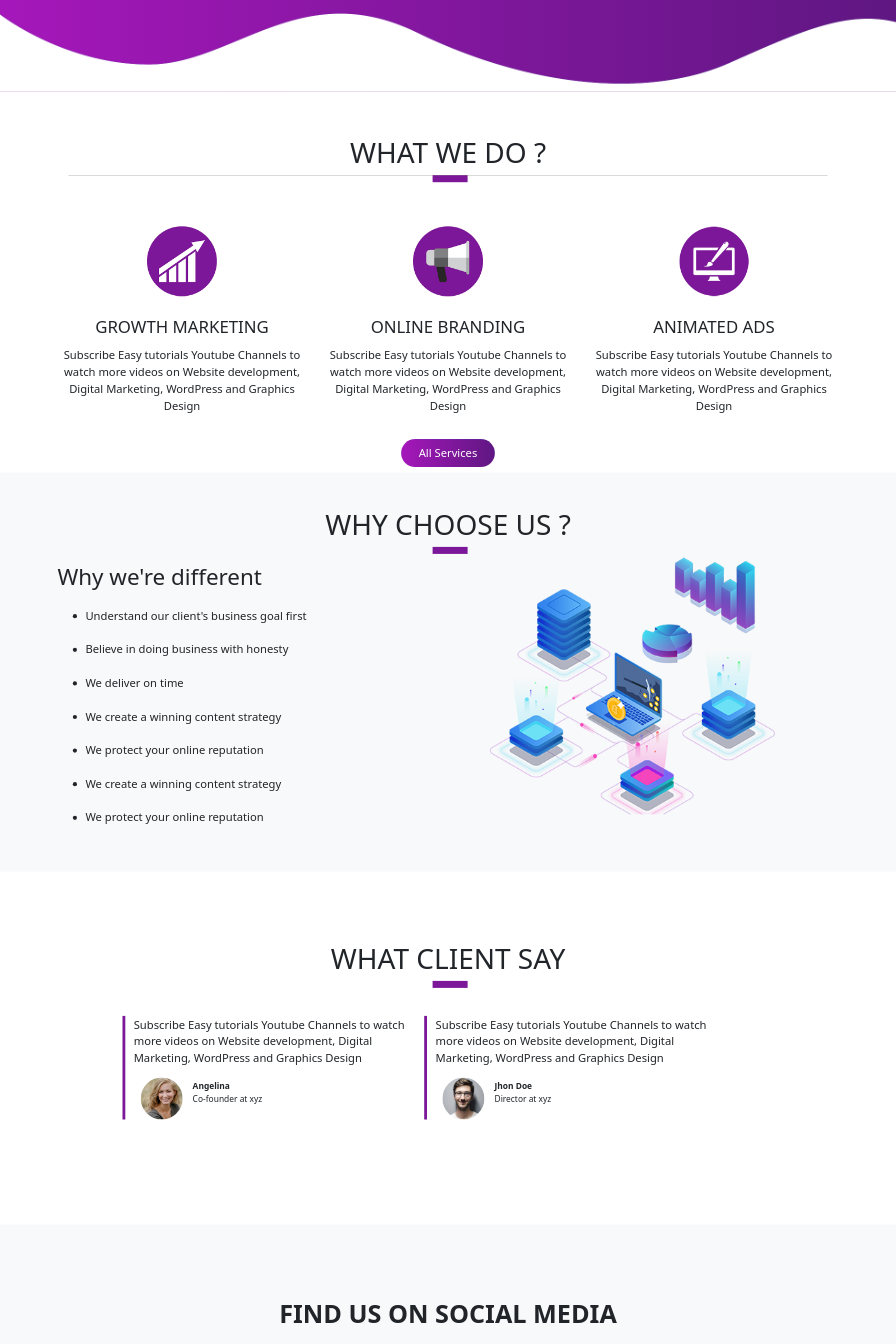
Repository: wadelfadill/Bootstrap_tache_2_website_design
Page: index.html
The author's editor kept a copy of each file at every save. The page is drawn from the files as they stood at one save, then again after the next save.
The browser window is 1280 px wide. The pictures show the part of the page from y = 586 to 2506 px (the page is 3084 px tall before and 3067 px after), at 70% of full size.
Some web libraries are served in a nearby version.

Above is the page before, as saved 2023-04-06 16:26:11.

After the next save:
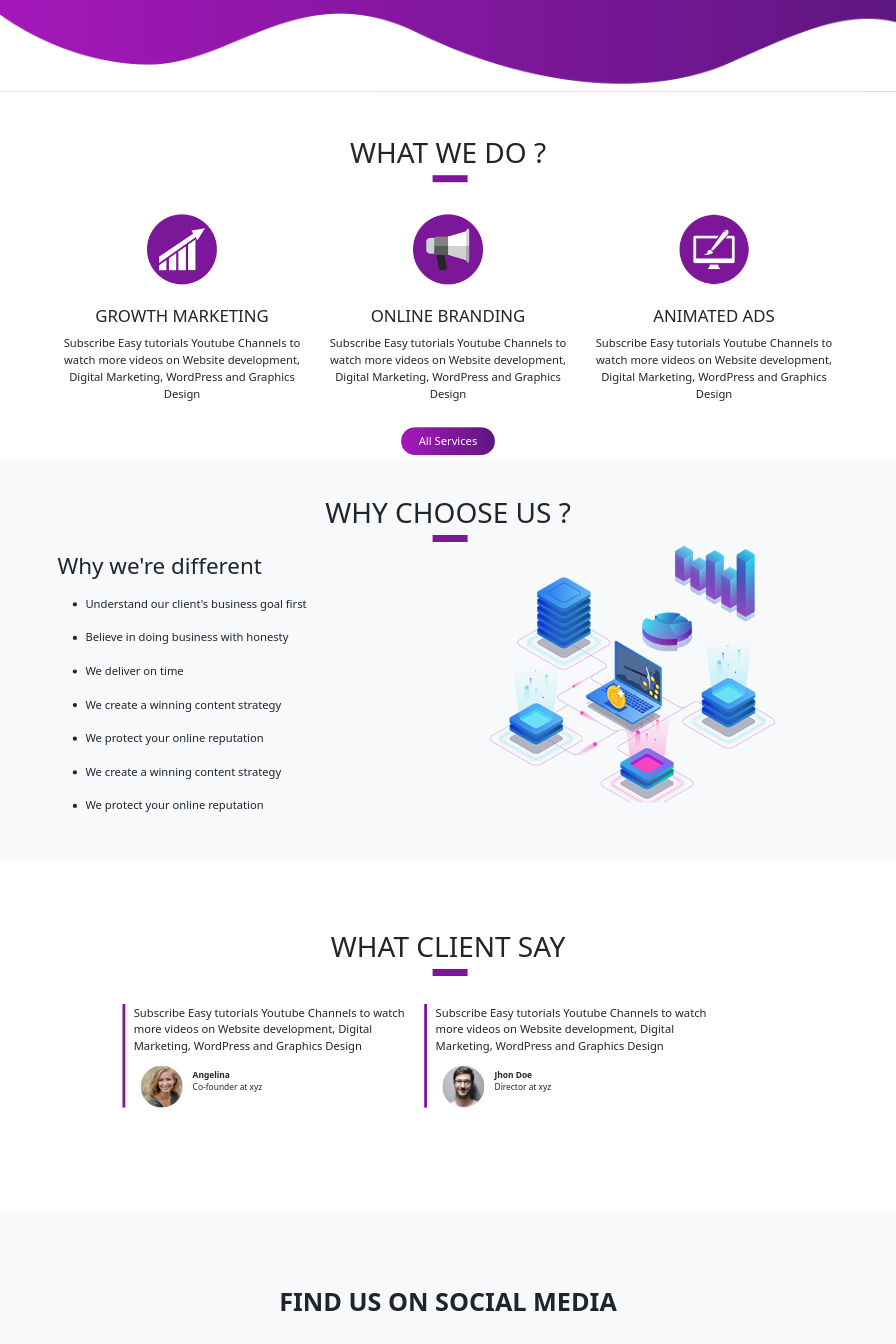
Saved 42 s later.
--- a/style.css
+++ b/style.css
@@ -46,7 +46,7 @@
 
 } */
 .title-hr{
-   appearance: none;
+   display: none;
 }
 .title::after{
     position: absolute;

After the 3 saves that followed:
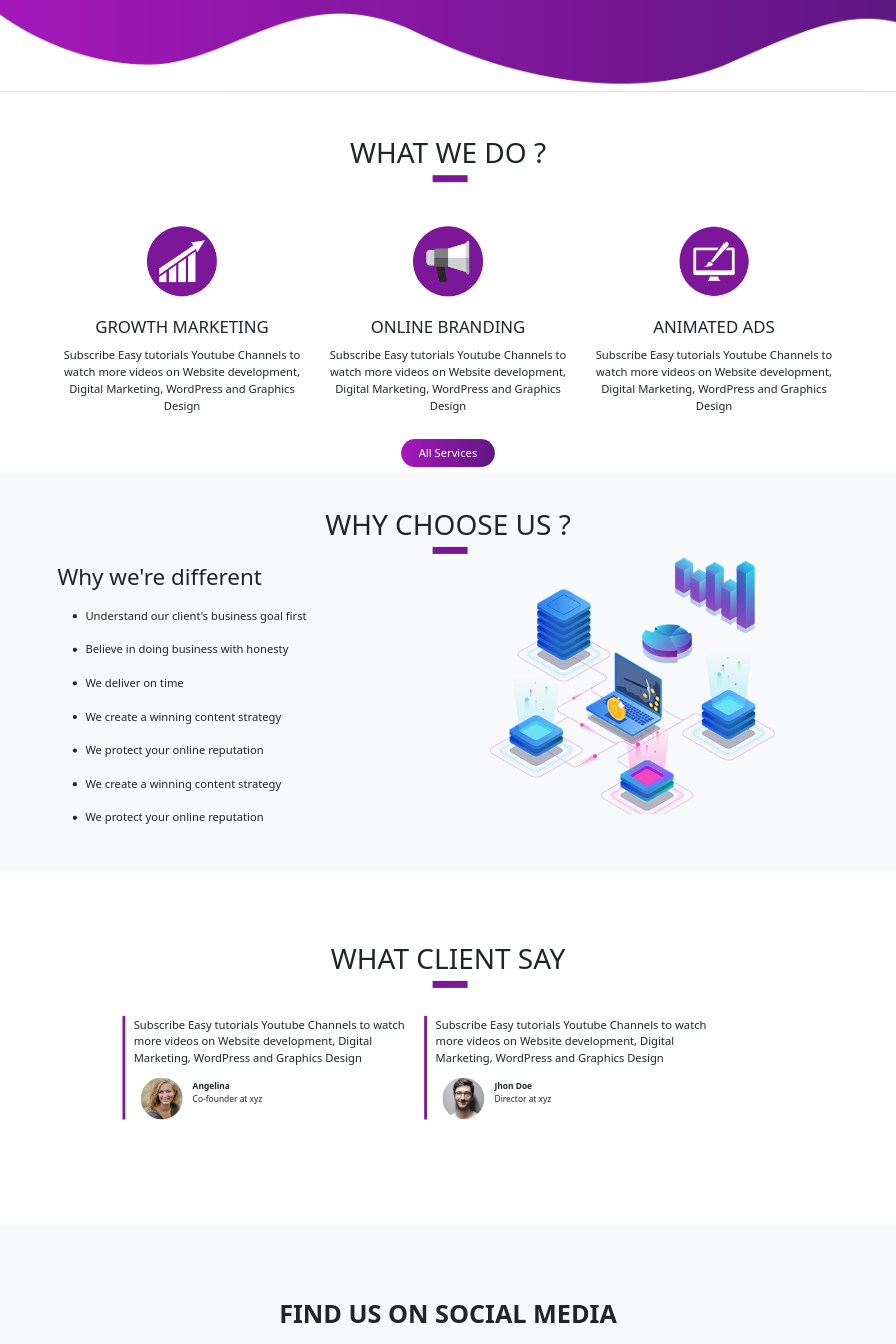
The 3 saves are shown as one change because 2 left the picture as it was.
The last was saved 103 s later.
--- a/style.css
+++ b/style.css
@@ -33,7 +33,7 @@
 .title{
     position: relative;
 }
-/* .title::before{
+.title-hr::before{
     content:'';
     background: #7b1798;
     height: 5px;
@@ -41,12 +41,11 @@
     margin-left: auto;
     margin-right: auto;
     display: block;
-    transform: translateY(63px);
     margin-bottom: 20px;
 
-} */
+}
 .title-hr{
-   display: none;
+   visibility: hidden;
 }
 .title::after{
     position: absolute;
